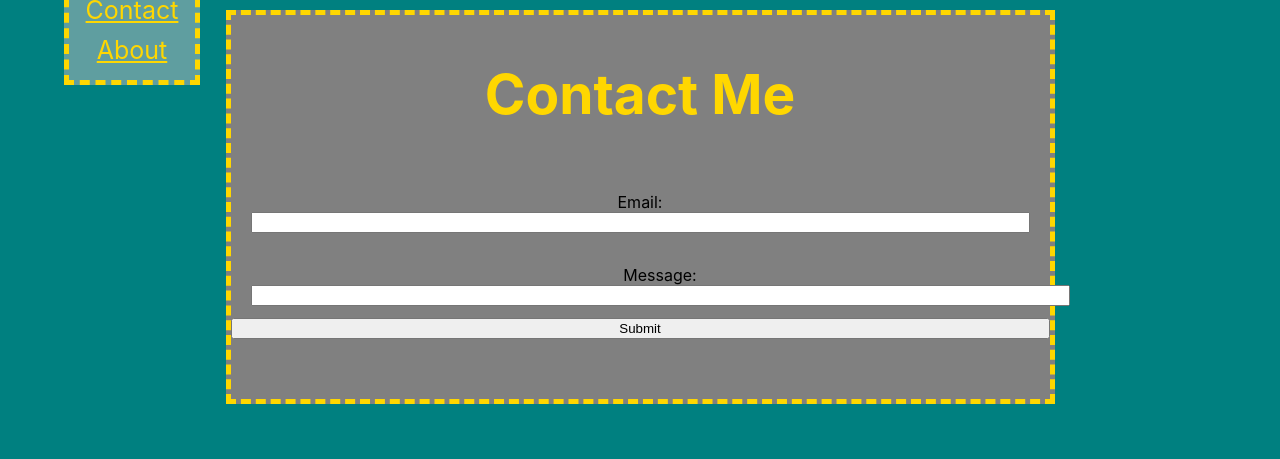
Repository: zeidalidiez/portfolioreact
Page: /Contact
These files come from the project's save history. The page is drawn as it stood at one moment and after the next save; the edit follows.
The browser window is 1280 px wide. The pictures show the whole page.
The project was rebuilt for these pictures with package versions that can differ from the ones it lists, and the page was loaded fresh each time. Also part of the build but not shown: src/components/Thumbnail.js, src/components/Projects.js, src/components/About.js.

Above is the page before, as saved 2021-02-08 18:09:49.

After the next save:
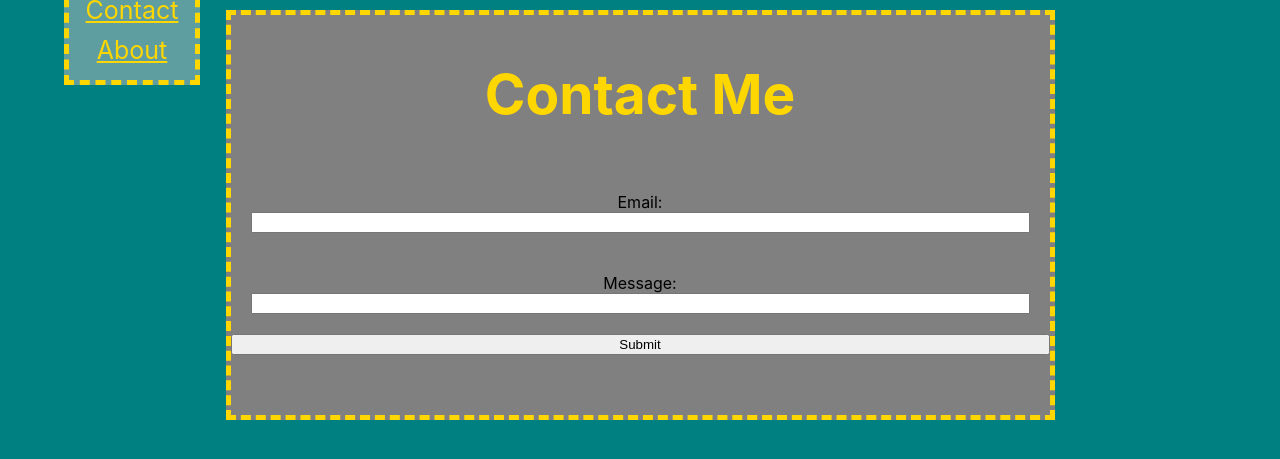
Saved 84 s later.
--- a/src/components/App.css
+++ b/src/components/App.css
@@ -116,7 +116,8 @@ form {
 .messageInput {
   width: 100%;
   padding: 12px 20px;
-  box-sizing:
+  margin: 8px 0;
+  box-sizing: border-box;
 }
 
 @media screen and (max-width: 800px) {
